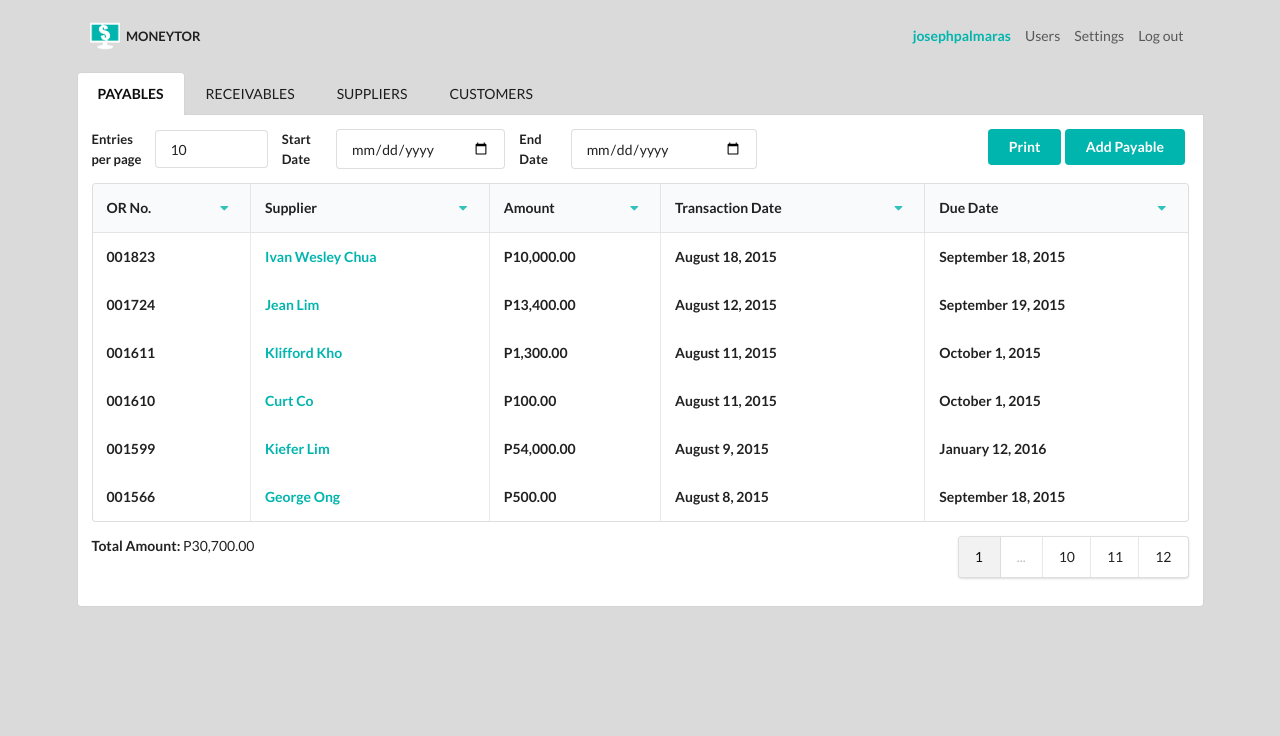
Repository: TV5/MoneyTor
Page: Workspace/MoneyTor/war/main.html
An editor plug-in stored every save of this project. The page is shown before and after the next save, followed by the edit.
The browser window is 1280 px wide. The pictures show the whole page.

Above is the page before, as saved 2015-08-19 15:07:08.

After the next save:
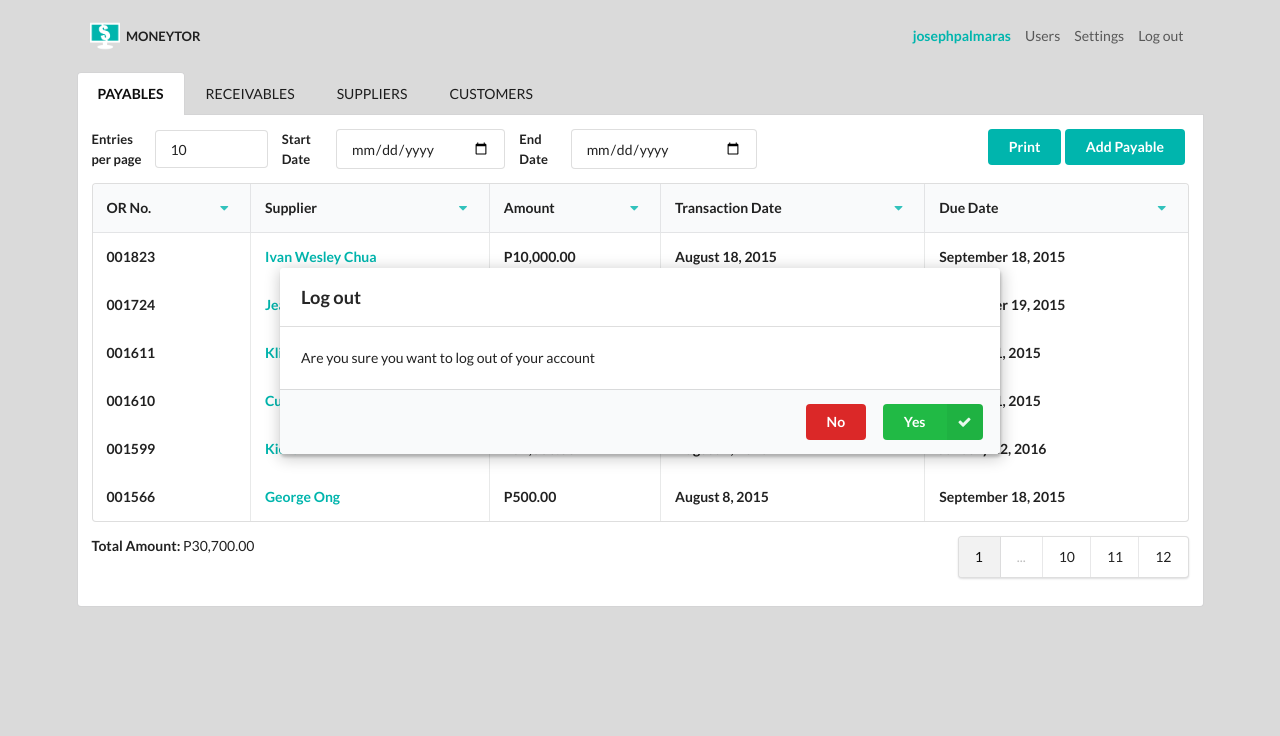
Saved 64 min 44 s later.
--- a/Workspace/MoneyTor/war/main.html
+++ b/Workspace/MoneyTor/war/main.html
@@ -676,6 +676,24 @@
   </div>
 </div>
 
+<div class="ui small test modal transition visible active" style="margin-top: -92.5px; display: block !important;">
+    <div class="header">
+      Log out
+    </div>
+    <div class="content">
+      <p>Are you sure you want to log out of your account</p>
+    </div>
+    <div class="actions">
+      <div class="ui negative button">
+        No
+      </div>
+      <div class="ui positive right labeled icon button">
+        Yes
+        <i class="checkmark icon"></i>
+      </div>
+    </div>
+  </div>
+
 </body>
 <script type="text/javascript">
 

After the 6 saves that followed:
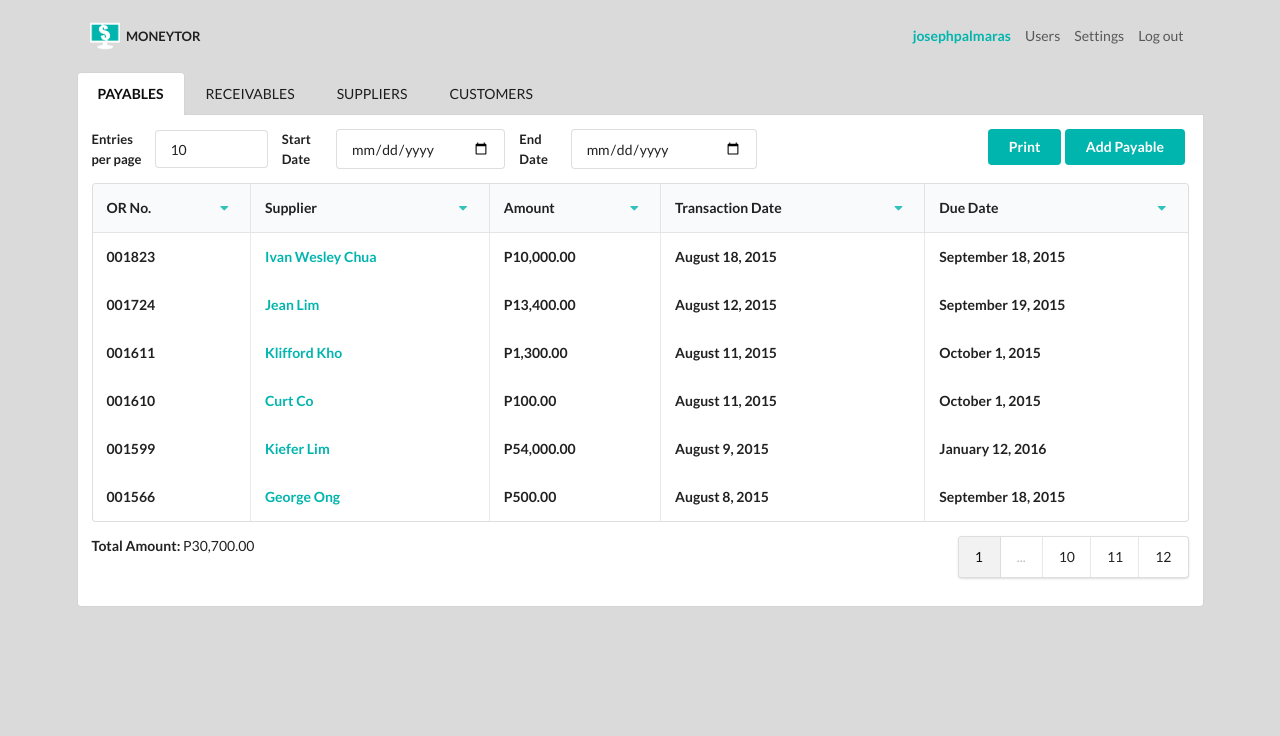
The 6 saves are shown as one change because 5 left the picture as it was.
The last was saved 4 min 25 s later.
--- a/Workspace/MoneyTor/war/main.html
+++ b/Workspace/MoneyTor/war/main.html
@@ -83,7 +83,7 @@
 	   <a id="settingsLink" class="item">
 	     Settings
 	   </a>
-	   <a class="ui item">
+	   <a id="logoutLink" class="ui item">
 	      Log out
 	    </a>
 	  </div>
@@ -676,7 +676,7 @@
   </div>
 </div>
 
-<div class="ui small test modal transition visible active" style="margin-top: -92.5px; display: block !important;">
+<div id="logout" class="ui small test modal transition" style="margin-top: -92.5px;">
     <div class="header">
       Log out
     </div>
@@ -724,5 +724,9 @@
 		$('#userSettings').modal('show');
 	});
 
+	$('#logoutLink').click(function(){
+		$('#logout').modal('show');
+	});
+
 </script>
 </html>
